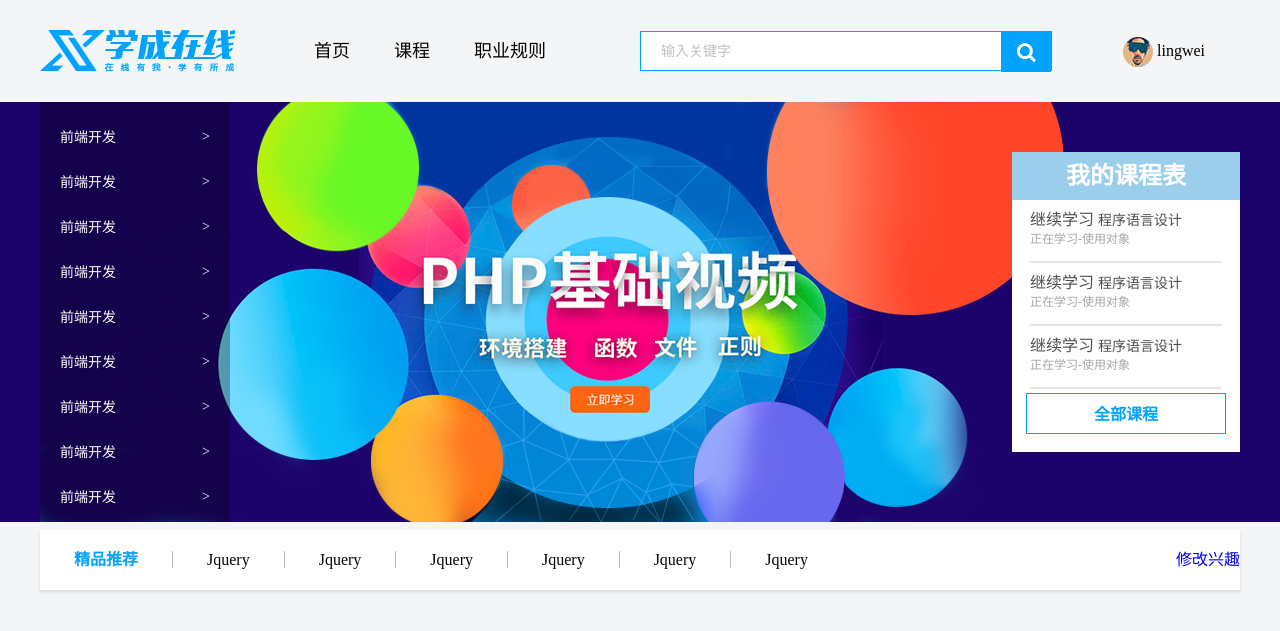
Repository: DengBiHua/xcdx
Page: index.html
These files come from the project's save history. The page is drawn as it stood at one moment and after the next save; the edit follows.
The browser window is 1280 px wide. The pictures show the whole page.

Above is the page before, as saved 2022-04-15 09:26:41.

### index.html
<!DOCTYPE html>
<html lang="en">
<head>
    <meta charset="UTF-8">
    <meta http-equiv="X-UA-Compatible" content="IE=edge">
    <meta name="viewport" content="width=device-width, initial-scale=1.0">
    <title>学成在线</title>
    <link rel="stylesheet" href="css/index.css">
</head>
<body>
    <!-- 头部 -->
    <div class="header wrapper">
        <h1>
            <a href="#">
                <img src="images/logo.png" alt="">
            </a>
        </h1>
        <!-- 导航 -->
        <div class="nav">
            <ul>
                <li><a href="#">首页</a></li>
                <li><a href="#">课程</a></li>
                <li><a href="#">职业规则</a></li>
            </ul>
        </div>
        <!-- 搜索 -->
        <div class="search">
            <input type="text" placeholder="输入关键字">
            <button></button>
        </div>
        <!-- 用户 -->
        <div class="user">
            <img src="./images/user.png" alt="">
            <span>lingwei</span>
        </div>
    </div>
    <div class="banner">
        <div class="wrapper">
            <div class="left">
                <ul>
                    <li><a href="#">前端开发<span>></span></a></li>
                    <li><a href="#">前端开发<span>></span></a></li>
                    <li><a href="#">前端开发<span>></span></a></li>
                    <li><a href="#">前端开发<span>></span></a></li>
                    <li><a href="#">前端开发<span>></span></a></li>
                    <li><a href="#">前端开发<span>></span></a></li>
                    <li><a href="#">前端开发<span>></span></a></li>
                    <li><a href="#">前端开发<span>></span></a></li>
                    <li><a href="#">前端开发<span>></span></a></li>
                </ul>
            </div>
            <div class="right">
                <h2>我的课程表</h2>
                <div class="content">
                    <dl>
                        <dt>
                            <span class="titleLeft">继续学习</span>
                            <span class="titleRight">程序语言设计</span>
                        </dt>
                        <dd>正在学习-使用对象</dd>
                    </dl>
                    <dl>
                        <dt>
                            <span class="titleLeft">继续学习</span>
                            <span class="titleRight">程序语言设计</span>
                        </dt>
                        <dd>正在学习-使用对象</dd>
                    </dl>
                    <dl>
                        <dt>
                            <span class="titleLeft">继续学习</span>
                            <span class="titleRight">程序语言设计</span>
                        </dt>
                        <dd>正在学习-使用对象</dd>
                    </dl>
                </div>
                <a href="#" class="all">全部课程</a>
            </div>
        </div>
    </div>
    <!-- 精品推荐 -->
    <div class="recommend wrapper">
        <h2>精品推荐</h2>
        <ul>
            <li><a href="#">Jquery</a></li>
            <li><a href="#">Jquery</a></li>
            <li><a href="#">Jquery</a></li>
            <li><a href="#">Jquery</a></li>
            <li><a href="#">Jquery</a></li>
            <li><a href="#">Jquery</a></li>
        </ul>
        <a href="#" class="interest">修改兴趣</a>
    </div>
</body>
</html>

### css/index.css
/* css代码顺序
1、浮动/display
2、盒子模型
3、文字样式
 */

/* 通用模版 */
* {
    margin: 0;
    padding: 0;
    /* 内减模式 */
    box-sizing: border-box;
}
li {
    /* 清除列表前方小圆点 */
    list-style-type: none;
}
a {
    /* 去除超链接文字的下划线 */
    text-decoration: none;
}
.clearfix::before,.clearfix::after {
    content: "";
    display: table;
}
.clearfix::after {
    clear: both;
}

/* 版心 */
.wrapper {
    width: 1200px;
    margin: 0 auto;
}

body {
    background-color: #f3f5f7;
}

/* 头部 */
.header {
    height: 42px;
    margin: 30px auto;
}

h1 {
    float: left;
}

/* 导航 */
.nav {
    float: left;

    height: 42px;
    margin-left: 70px;
}

.nav li {
    float: left;

    margin-right: 26px;
}

.nav li a {
    display: block;

    padding: 0 9px;
    height: 42px;
    line-height: 42px;

    font-size: 18px;
    color: #050505;
}

.nav li a:hover {
    border-bottom: 2px solid #00a4ff;
}

.search {
    float: left;
    margin-left: 59px;
    margin-top: 1px;
    width: 412px;
    height: 40px;
    border: 1px solid #00a4ff;
}

.search input {
    float: left;
    padding-left: 20px;
    width: 360px;
    height: 38px;
    border: 0;
}

.search input::placeholder {
    font-size: 14px;
    color: #bfbfbf;
}

.search button {
    float: left;
    width: 50px;
    height: 40px;
    background-image: url(../images/btn.png);
    border: 0;
}

.user {
    float: right;
    margin-right: 35px;
    height: 42px;
    line-height: 42px;
}

.user img {
    /* 调节图片垂直方向对齐方式 */
    vertical-align: middle;
}

.banner {
    height: 420px;
    background-color: #1c036c;
}

.banner .wrapper {
    height: 420px;
    background-image: url(../images/banner2.png);
}

.banner .left {
    float: left;
    padding: 0 20px;
    width: 190px;
    height: 420px;
    background-color: rgba(0, 0, 0, 0.3);
    line-height: 44px;
}

.banner ul {
    margin-top: 13px;
}

.banner a {
    font-size: 14px;
    color: #ffffff;
}

.banner a:hover {
    color: #00b4ff;
}

.banner .left span {
    float: right;
}

.banner .right {
    float: right;
    margin-top: 50px;
    width: 228px;
    height: 300px;
    background-color: #ffffff;
}

.banner .right h2 {
    height: 48px;
    background-color: #9bceea;
    font: 18px;
    color: #ffffff;
    text-align: center;
    line-height: 48px;
}

.banner .content {
    padding: 0 18px;
}

.banner .right dl {
    padding: 12px 0;
    border-bottom: 2px solid #e5e5e5;
}

.banner .right .content dt {
    color: #4e4e4e;
    line-height: 16px;
}

.banner .right .titleLeft {
    font-size: 16px;
}

.banner .right .titleRight {
    font-size: 14px;
}

.banner .right .content dd {
    color: #a5a5a5;
    font-size: 12px;
    line-height: 20px;
}

.banner .right .all {
    display: block;
    margin: 4px auto 0;
    width: 200px;
    height: 41px;
    border: 1px solid #00a4ff;
    font-weight: 700;
    font-size: 16px;
    color: #00a4ff;
    text-align: center;
    line-height: 41px;
}

.recommend {
    margin-top: 8px;
    height: 60px;
    background-color: #ffffff;
    box-shadow: 0px 2px 3px 0px rgba(118, 118, 118, 0.2);
    line-height: 60px;
}

.recommend h2 {
    float: left;
    width: 132px;
    text-align: center;
    font-size: 16px;
    font-weight: bold;
    color: #00a4ff;
}

.recommend ul {
    float: left;
}

.recommend ul li {
    float: left;
}

.recommend ul li a {
    padding: 0 34px;
    border-left: 1px solid #bfbfbf;
    font-size: 16px;
    color: #050505;
}

.recommend .interest {
    float: right;
}

After the next save:
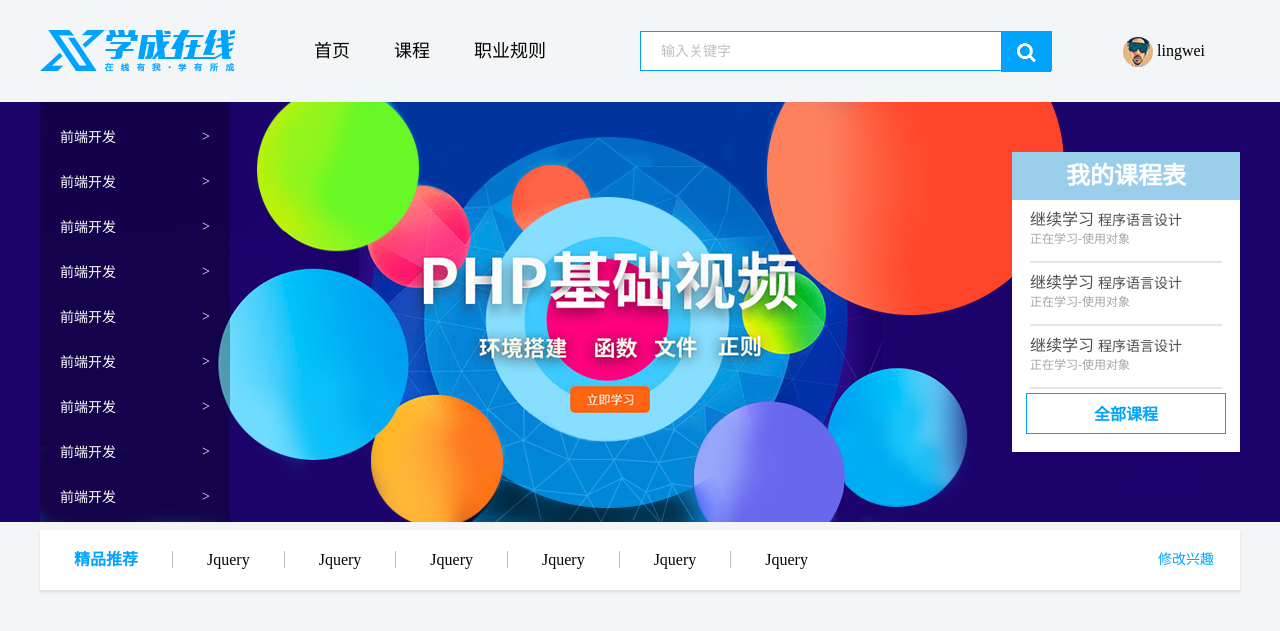
Saved 84 s later.
--- a/css/index.css
+++ b/css/index.css
@@ -246,4 +246,7 @@
 
 .recommend .interest {
     float: right;
-}
+    padding: 0 26px;
+    font-size: 14px;
+    color: #00a4ff;
+}
